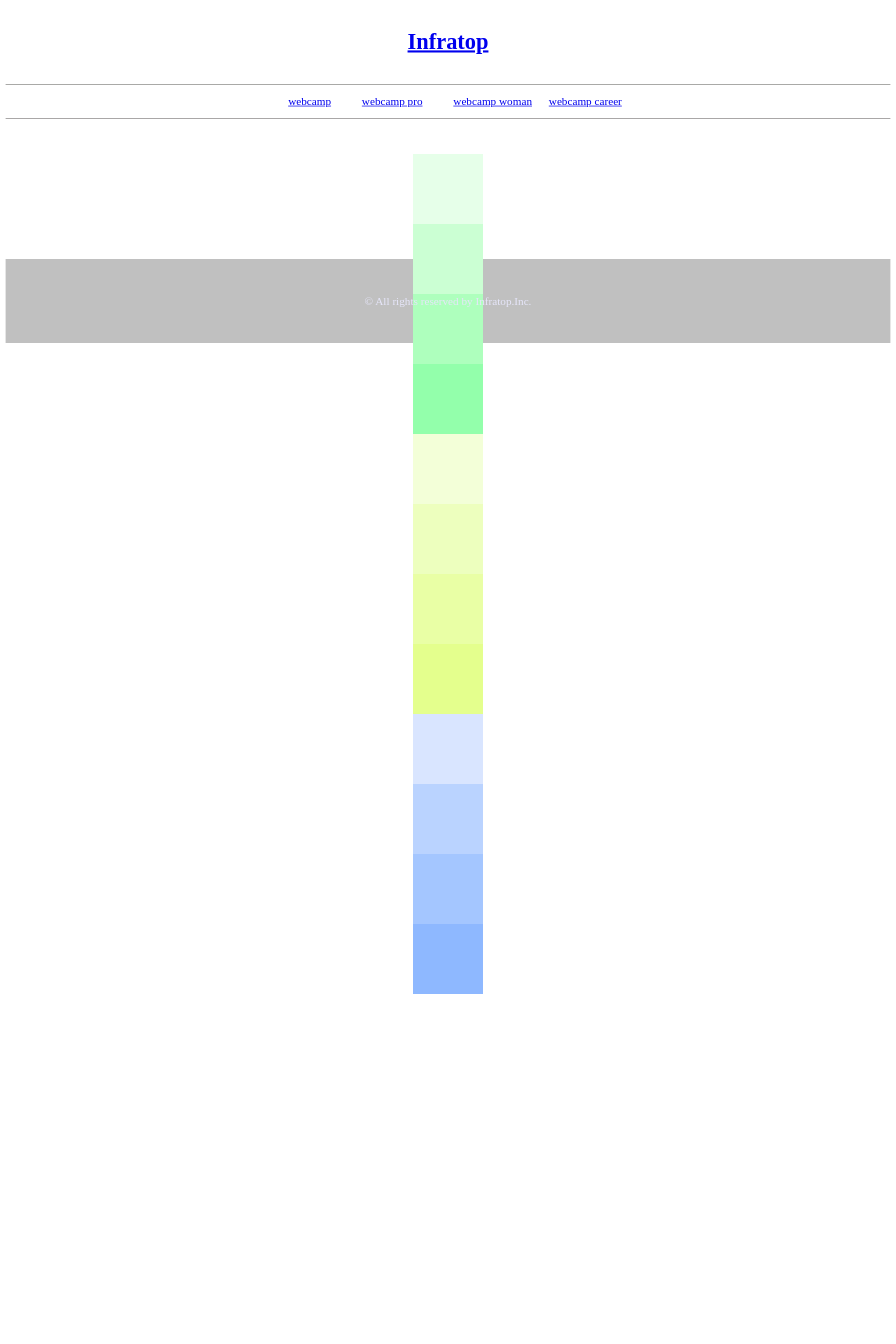
Repository: kiruha313/DWC
Page: exersise5/index.html
The author's editor kept a record of every edit. The page is drawn from the files as they stood at one moment, then again after the next edit.
The browser window is 1280 px wide. The pictures show the whole page, at 70% of full size.

Above is the page before.

After the next edit:
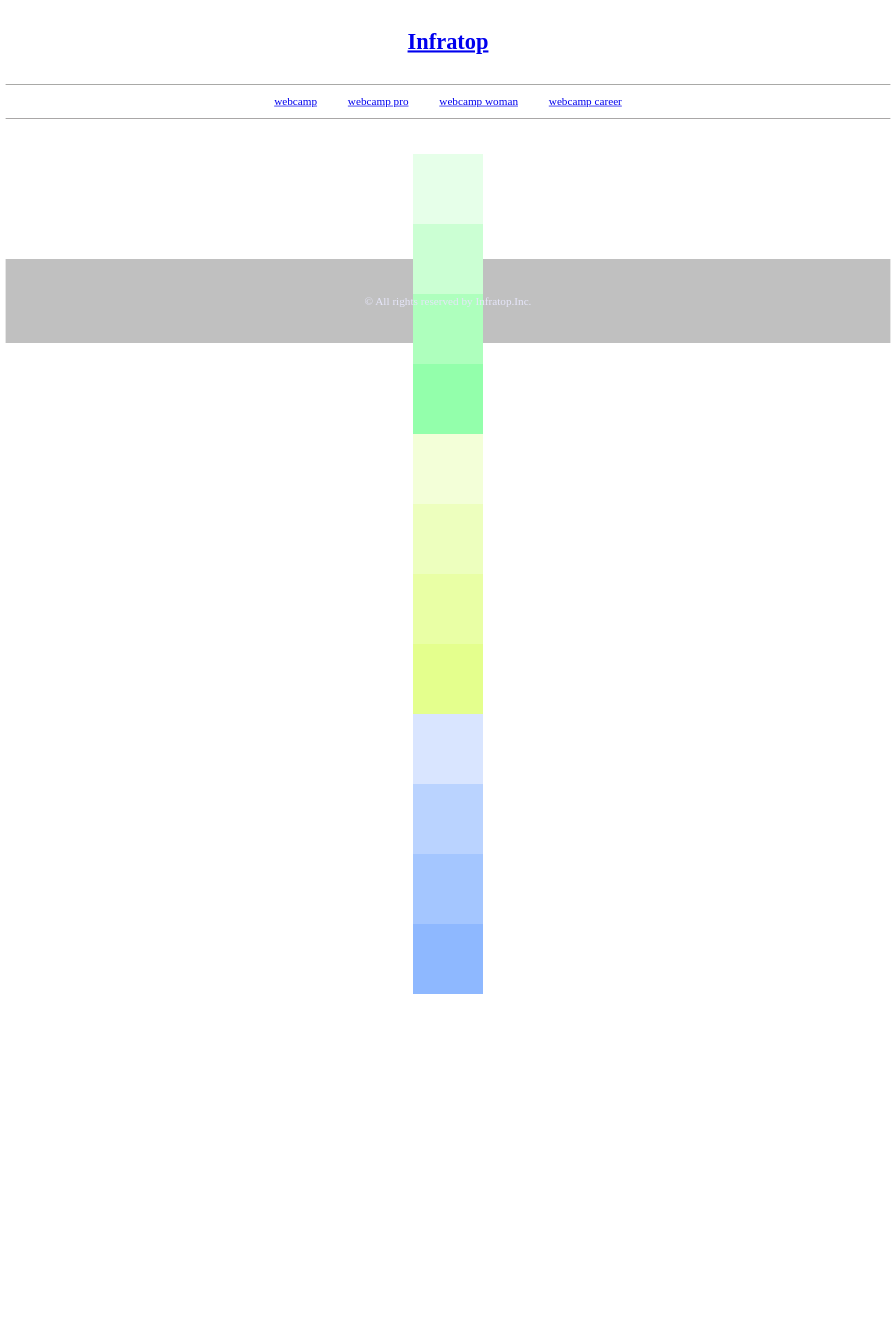
The edit:
--- a/exersise5/index.html
+++ b/exersise5/index.html
@@ -24,6 +24,7 @@
         <li class="nav-list-item">
           <a href="webcamp woman">webcamp  woman</a>
         </li>
+        <li class="nav-list-item">
           <a href="webcamp career">webcamp career</a>
         </li>
         </li>
